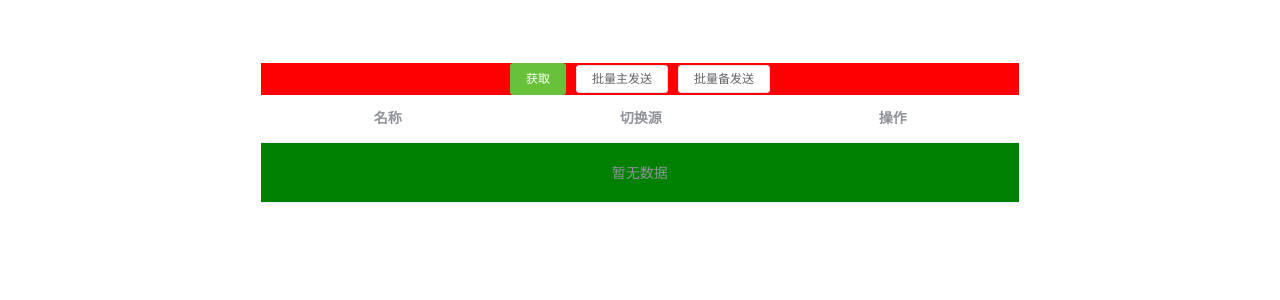
Repository: faintout/BHMQTTSendTool
Page: /
These files come from the project's save history. The page is drawn as it stood at one moment and after the next save; the edit follows.
The browser window is 1280 px wide. The pictures show the whole page.
The project was rebuilt for these pictures with package versions that can differ from the ones it lists, and the page was loaded fresh each time. Also part of the build but not shown: vue.config.js.

Above is the page before, as saved 2020-09-03 13:59:07.

After the next save:
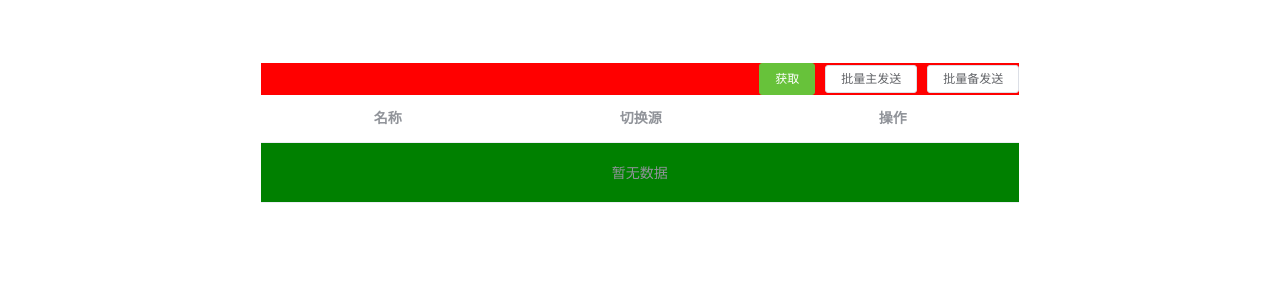
Saved 7 s later.
--- a/src/views/MqttSendTool.vue
+++ b/src/views/MqttSendTool.vue
@@ -285,7 +285,7 @@
 
     }
     .content_title{
-
+        text-align: right;
     }
 
     input {
